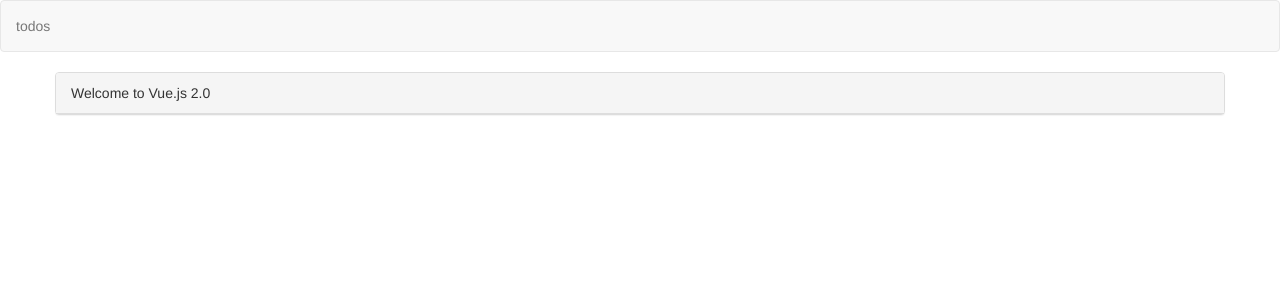
Repository: myr1111/todo
Page: Todoapp/index.html
These files come from the project's save history. The page is drawn as it stood at one moment and after the next save; the edit follows.
The browser window is 1280 px wide. The pictures show the whole page.

Above is the page before, as saved 2019-04-01 08:08:10.

### Todoapp/index.html
<!DOCTYPE html>
<html lang="en">
<head>
    <meta charset="UTF-8">
    <meta name="viewport" content="width=device-width, initial-scale=1.0">
    <meta http-equiv="X-UA-Compatible" content="ie=edge">
    <title>Document</title>
    <link rel="stylesheet" href="bootstrap.min.css">
    <script src="vue.min.js"></script>
</head>
<body>
    <nav class="navbar navbar-default">
        <p class="navbar-text">todos</p>
    </nav>
    <div class="container co">
        <div class="row">
            <div class="panel panel-default">
                <div class=" panel-heading">Welcome to Vue.js 2.0</div>
            </div>
        </div>
    </div>

</body>
</html>

Loaded but not shown: Todoapp/bootstrap.min.css (library); Todoapp/vue.min.js (library)

After the next save:
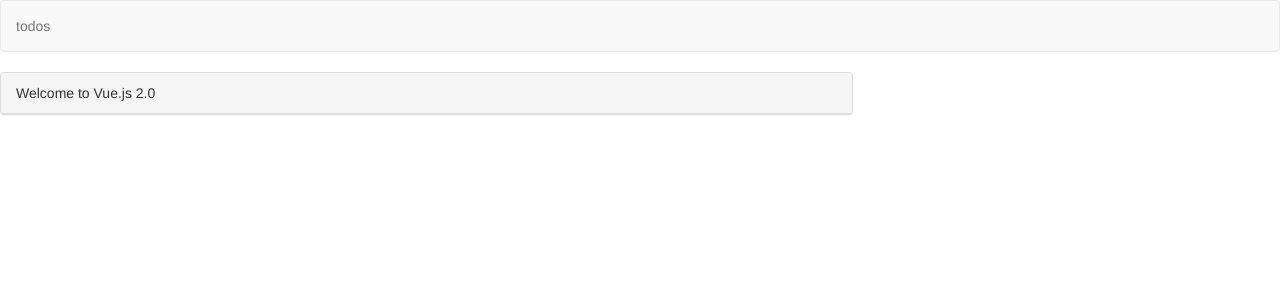
Saved 5 s later.
--- a/Todoapp/index.html
+++ b/Todoapp/index.html
@@ -12,7 +12,7 @@
     <nav class="navbar navbar-default">
         <p class="navbar-text">todos</p>
     </nav>
-    <div class="container co">
+    <div class="container col-md-8">
         <div class="row">
             <div class="panel panel-default">
                 <div class=" panel-heading">Welcome to Vue.js 2.0</div>
